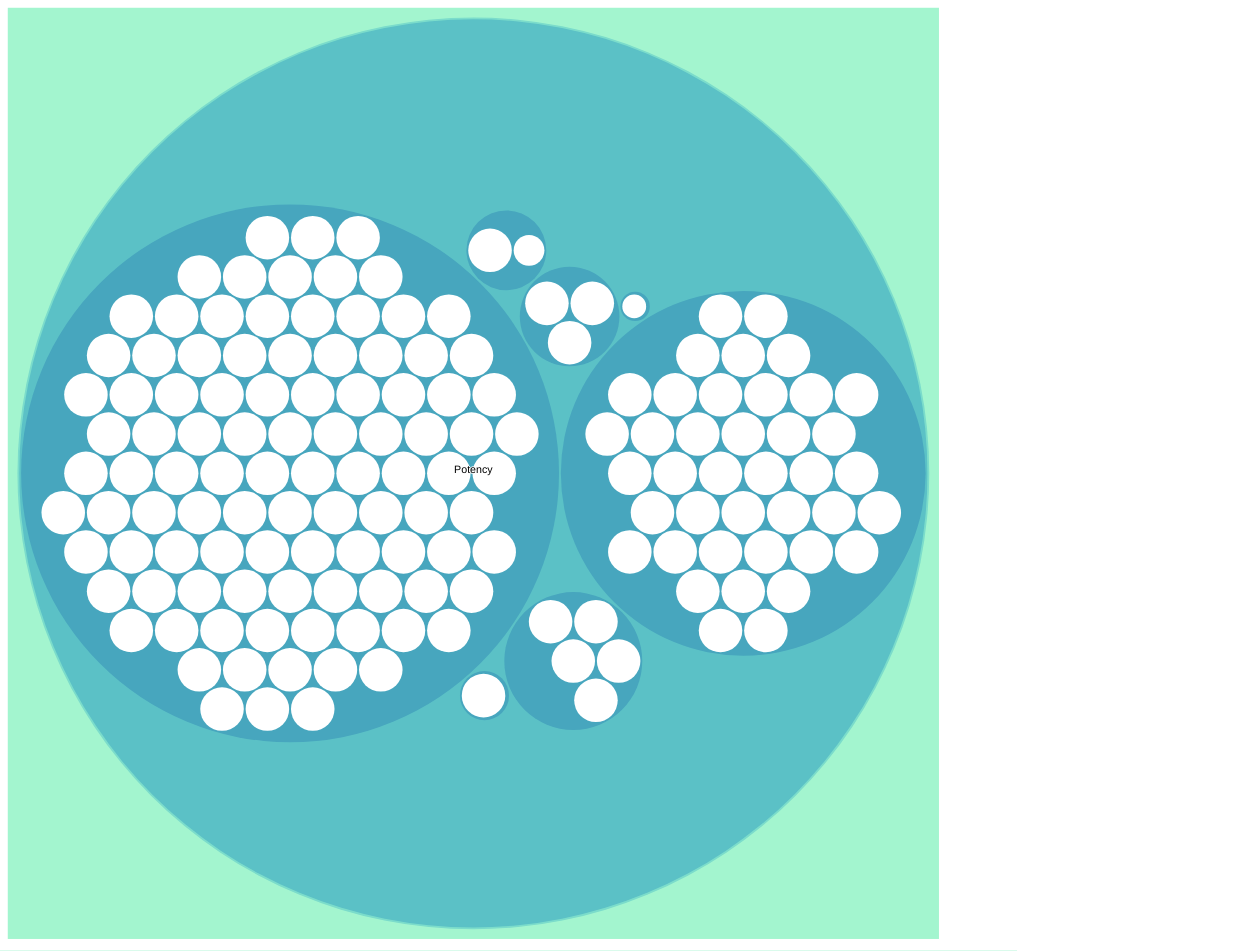
Repository: m0llyc00k/ms-2
Page: clusters/index.html
The author's editor kept a record of every edit. The page is drawn from the files as they stood at one moment, then again after the next edit.
The browser window is 1280 px wide. The pictures show the whole page, at 97% of full size.

Above is the page before.

### clusters/index.html
<!DOCTYPE html>
<meta charset="utf-8">
<style>

.node {
  cursor: pointer;
}

.node:hover {
  stroke: #000;
  stroke-width: 1.5px;
}

.node--leaf {
  fill: white;
}

.label {
  font: 11px "Helvetica Neue", Helvetica, Arial, sans-serif;
  text-anchor: middle;
  text-shadow: 0 1px 0 #fff, 1px 0 0 #fff, -1px 0 0 #fff, 0 -1px 0 #fff;
}

.label,
.node--root,
.node--leaf {
  pointer-events: none;
}

</style>
<svg width="960" height="960"></svg>
<script src="https://d3js.org/d3.v7.min.js"></script>
<script>

var svg = d3.select("svg"),
    margin = 20,
    diameter = +svg.attr("width"),
    g = svg.append("g").attr("transform", "translate(" + diameter / 2 + "," + diameter / 2 + ")");

var color = d3.scaleLinear()
    .domain([-1, 5])
    .range(["hsl(152,80%,80%)", "hsl(228,30%,40%)"])
    .interpolate(d3.interpolateHcl);

var pack = d3.pack()
    .size([diameter - margin, diameter - margin])
    .padding(2);


d3.json("morph.json").then(function(root) {


  root = d3.hierarchy(root)
      .sum(function(d) { return d.size; })
      .sort(function(a, b) { return b.value - a.value; });

  var focus = root,
      nodes = pack(root).descendants(),
      view;

  var circle = g.selectAll("circle")
    .data(nodes)
    .join("circle")
      .attr("class", function(d) { return d.parent ? d.children ? "node" : "node node--leaf" : "node node--root"; })
      .style("fill", function(d) { return d.children ? color(d.depth) : null; })
      .on("click", function(d) { if (focus !== d) zoom(d), event.stopPropagation(); }); //removed d3

  var text = g.selectAll("text")
    .data(nodes)
    .join("text")
      .attr("class", "label")
      .style("fill-opacity", function(d) { return d.parent === root ? 1 : 0; })
      .style("display", function(d) { return d.parent === root ? "inline" : "none"; })
      .text(function(d) { return d.data.name; });

  var node = g.selectAll("circle,text");

  svg
      .style("background", color(-1))
      .on("click", function() { zoom(root); });

  zoomTo([root.x, root.y, root.r * 2 + margin]);

  function zoom(d) {
    var focus0 = focus; focus = d;

//     var transition = d3.transition()
//         .duration(event.altKey ? 7500 : 750) //removed d3
//         .tween("zoom", function(d) {
//           var i = d3.interpolateZoom(view, [focus.x, focus.y, focus.r * 2 + margin]);
//           return function(t) { zoomTo(i(t)); };
//         });

//     transition.selectAll("text")
//       .filter(function(d) { return d.parent === focus || this.style.display === "inline"; })
//         .style("fill-opacity", function(d) { return d.parent === focus ? 1 : 0; })
//         .on("start", function(d) { if (d.parent === focus) this.style.display = "inline"; })
//         .on("end", function(d) { if (d.parent !== focus) this.style.display = "none"; });
  }

  function zoomTo(v) {
    var k = diameter / v[2]; view = v;
    node.attr("transform", function(d) { return "translate(" + (d.x - v[0]) * k + "," + (d.y - v[1]) * k + ")"; });
    circle.attr("r", function(d) { return d.r * k; });
  }
});

</script>

### clusters/morph.json
{
    "name": "MME",
    "children": [{
            "name": "Potency",
            "children": [{
                    "name": "Fentynal",
                    "children": [
                        { "size": 1 },
                        { "size": 1 },
                        { "size": 1 },
                        { "size": 1 },
                        { "size": 1 },
                        { "size": 1 },
                        { "size": 1 },
                        { "size": 1 },
                        { "size": 1 },
                        { "size": 1 },
                        { "size": 1 },
                        { "size": 1 },
                        { "size": 1 },
                        { "size": 1 },
                        { "size": 1 },
                        { "size": 1 },
                        { "size": 1 },
                        { "size": 1 },
                        { "size": 1 },
                        { "size": 1 },
                        { "size": 1 },
                        { "size": 1 },
                        { "size": 1 },
                        { "size": 1 },
                        { "size": 1 },
                        { "size": 1 },
                        { "size": 1 },
                        { "size": 1 },
                        { "size": 1 },
                        { "size": 1 },
                        { "size": 1 },
                        { "size": 1 },
                        { "size": 1 },
                        { "size": 1 },
                        { "size": 1 },
                        { "size": 1 },
                        { "size": 1 },
                        { "size": 1 },
                        { "size": 1 },
                        { "size": 1 },
                        { "size": 1 },
                        { "size": 1 },
                        { "size": 1 },
                        { "size": 1 },
                        { "size": 1 },
                        { "size": 1 },
                        { "size": 1 },
                        { "size": 1 },
                        { "size": 1 },
                        { "size": 1 },
                        { "size": 1 },
                        { "size": 1 },
                        { "size": 1 },
                        { "size": 1 },
                        { "size": 1 },
                        { "size": 1 },
                        { "size": 1 },
                        { "size": 1 },
                        { "size": 1 },
                        { "size": 1 },
                        { "size": 1 },
                        { "size": 1 },
                        { "size": 1 },
                        { "size": 1 },
                        { "size": 1 },
                        { "size": 1 },
                        { "size": 1 },
                        { "size": 1 },
                        { "size": 1 },
                        { "size": 1 },
                        { "size": 1 },
                        { "size": 1 },
                        { "size": 1 },
                        { "size": 1 },
                        { "size": 1 },
                        { "size": 1 },
                        { "size": 1 },
                        { "size": 1 },
                        { "size": 1 },
                        { "size": 1 },
                        { "size": 1 },
                        { "size": 1 },
                        { "size": 1 },
                        { "size": 1 },
                        { "size": 1 },
                        { "size": 1 },
                        { "size": 1 },
                        { "size": 1 },
                        { "size": 1 },
                        { "size": 1 },
                        { "size": 1 },
                        { "size": 1 },
                        { "size": 1 },
                        { "size": 1 },
                        { "size": 1 },
                        { "size": 1 },
                        { "size": 1 },
                        { "size": 1 },
                        { "size": 1 },
                        { "size": 1 }
                    ]
                },
                {
                    "name": "CODEINE",
                    "children": [
                        { "size": 0.3 },
                        { "size": 0 }

                    ]
                },
                {
                    "name": "HYDROCODONE",
                    "children": [
                        { "size": 1 },
                        { "size": 0 },
                        { "size": 0 },
                        { "size": 0 }

                    ]
                },
                {
                    "name": "OXYCODONE",
                    "children": [
                        { "size": 1 },
                        { "size": 0.5 }
                    ]
                },
                {
                    "name": "METHADONE",
                    "children": [
                        { "size": 1 },
                        { "size": 1 },
                        { "size": 1 }

                    ]
                },
                {
                    "name": "HEROIN",
                    "children": [
                        { "size": 1 },
                        { "size": 1 },
                        { "size": 1 },
                        { "size": 1 },
                        { "size": 1 }

                    ]
                },
                {
                    "name": "BUPRENORPHINE",
                    "children": [
                        { "size": 1 },
                        { "size": 1 },
                        { "size": 1 },
                        { "size": 1 },
                        { "size": 1 },
                        { "size": 1 },
                        { "size": 1 },
                        { "size": 1 },
                        { "size": 1 },
                        { "size": 1 },
                        { "size": 1 },
                        { "size": 1 },
                        { "size": 1 },
                        { "size": 1 },
                        { "size": 1 },
                        { "size": 1 },
                        { "size": 1 },
                        { "size": 1 },
                        { "size": 1 },
                        { "size": 1 },
                        { "size": 1 },
                        { "size": 1 },
                        { "size": 1 },
                        { "size": 1 },
                        { "size": 1 },
                        { "size": 1 },
                        { "size": 1 },
                        { "size": 1 },
                        { "size": 1 },
                        { "size": 1 },
                        { "size": 1 },
                        { "size": 1 },
                        { "size": 1 },
                        { "size": 1 },
                        { "size": 1 },
                        { "size": 1 },
                        { "size": 1 },
                        { "size": 1 },
                        { "size": 1 },
                        { "size": 1 }

                    ]
                }
            ]
        }

    ]
}

After the next edit:
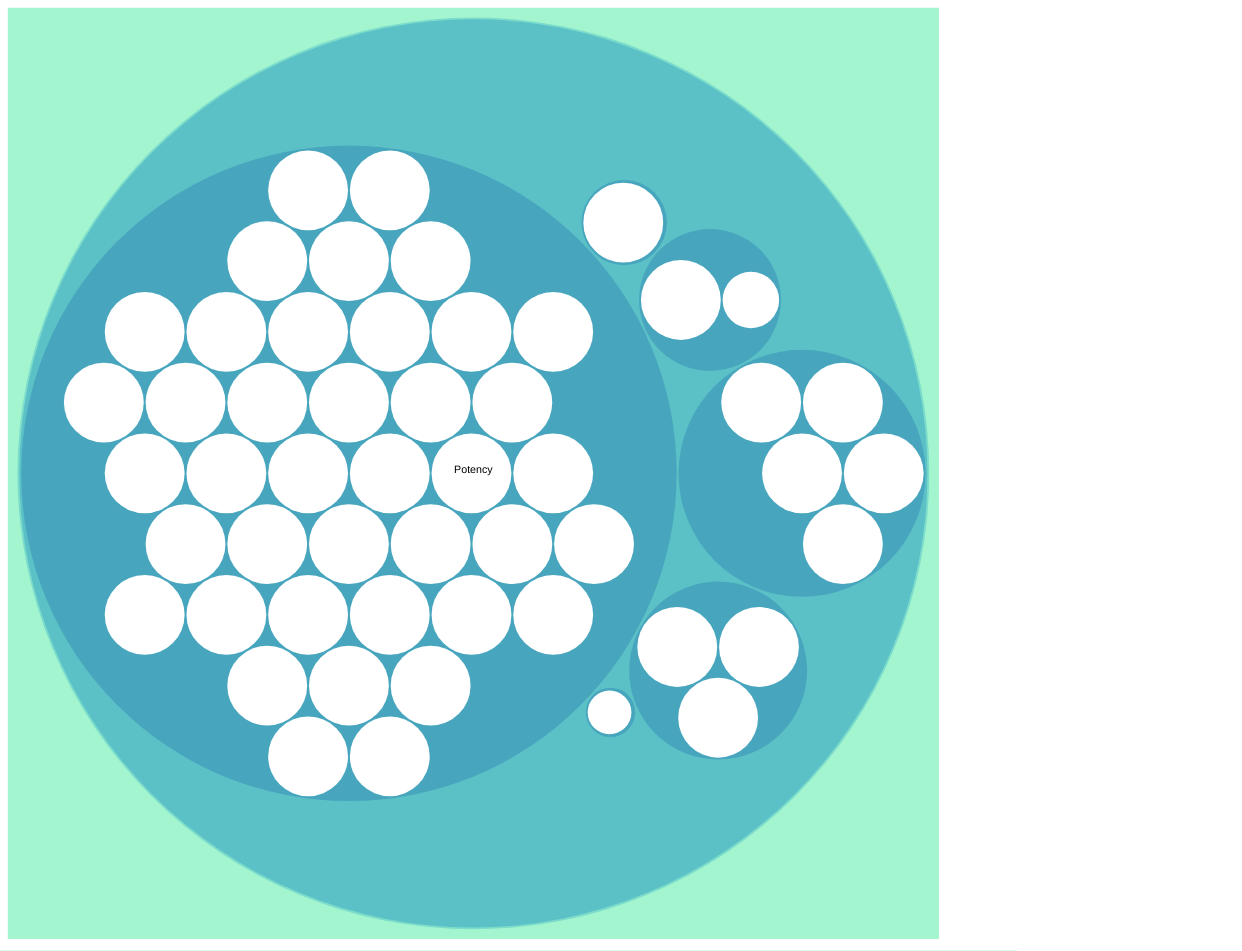
The edit:
--- a/clusters/morph.json
+++ b/clusters/morph.json
@@ -3,111 +3,8 @@
     "children": [{
             "name": "Potency",
             "children": [{
-                    "name": "Fentynal",
-                    "children": [
-                        { "size": 1 },
-                        { "size": 1 },
-                        { "size": 1 },
-                        { "size": 1 },
-                        { "size": 1 },
-                        { "size": 1 },
-                        { "size": 1 },
-                        { "size": 1 },
-                        { "size": 1 },
-                        { "size": 1 },
-                        { "size": 1 },
-                        { "size": 1 },
-                        { "size": 1 },
-                        { "size": 1 },
-                        { "size": 1 },
-                        { "size": 1 },
-                        { "size": 1 },
-                        { "size": 1 },
-                        { "size": 1 },
-                        { "size": 1 },
-                        { "size": 1 },
-                        { "size": 1 },
-                        { "size": 1 },
-                        { "size": 1 },
-                        { "size": 1 },
-                        { "size": 1 },
-                        { "size": 1 },
-                        { "size": 1 },
-                        { "size": 1 },
-                        { "size": 1 },
-                        { "size": 1 },
-                        { "size": 1 },
-                        { "size": 1 },
-                        { "size": 1 },
-                        { "size": 1 },
-                        { "size": 1 },
-                        { "size": 1 },
-                        { "size": 1 },
-                        { "size": 1 },
-                        { "size": 1 },
-                        { "size": 1 },
-                        { "size": 1 },
-                        { "size": 1 },
-                        { "size": 1 },
-                        { "size": 1 },
-                        { "size": 1 },
-                        { "size": 1 },
-                        { "size": 1 },
-                        { "size": 1 },
-                        { "size": 1 },
-                        { "size": 1 },
-                        { "size": 1 },
-                        { "size": 1 },
-                        { "size": 1 },
-                        { "size": 1 },
-                        { "size": 1 },
-                        { "size": 1 },
-                        { "size": 1 },
-                        { "size": 1 },
-                        { "size": 1 },
-                        { "size": 1 },
-                        { "size": 1 },
-                        { "size": 1 },
-                        { "size": 1 },
-                        { "size": 1 },
-                        { "size": 1 },
-                        { "size": 1 },
-                        { "size": 1 },
-                        { "size": 1 },
-                        { "size": 1 },
-                        { "size": 1 },
-                        { "size": 1 },
-                        { "size": 1 },
-                        { "size": 1 },
-                        { "size": 1 },
-                        { "size": 1 },
-                        { "size": 1 },
-                        { "size": 1 },
-                        { "size": 1 },
-                        { "size": 1 },
-                        { "size": 1 },
-                        { "size": 1 },
-                        { "size": 1 },
-                        { "size": 1 },
-                        { "size": 1 },
-                        { "size": 1 },
-                        { "size": 1 },
-                        { "size": 1 },
-                        { "size": 1 },
-                        { "size": 1 },
-                        { "size": 1 },
-                        { "size": 1 },
-                        { "size": 1 },
-                        { "size": 1 },
-                        { "size": 1 },
-                        { "size": 1 },
-                        { "size": 1 },
-                        { "size": 1 },
-                        { "size": 1 },
-                        { "size": 1 }
-                    ]
-                },
-                {
+
+
                     "name": "CODEINE",
                     "children": [
                         { "size": 0.3 },

After the edit that followed:
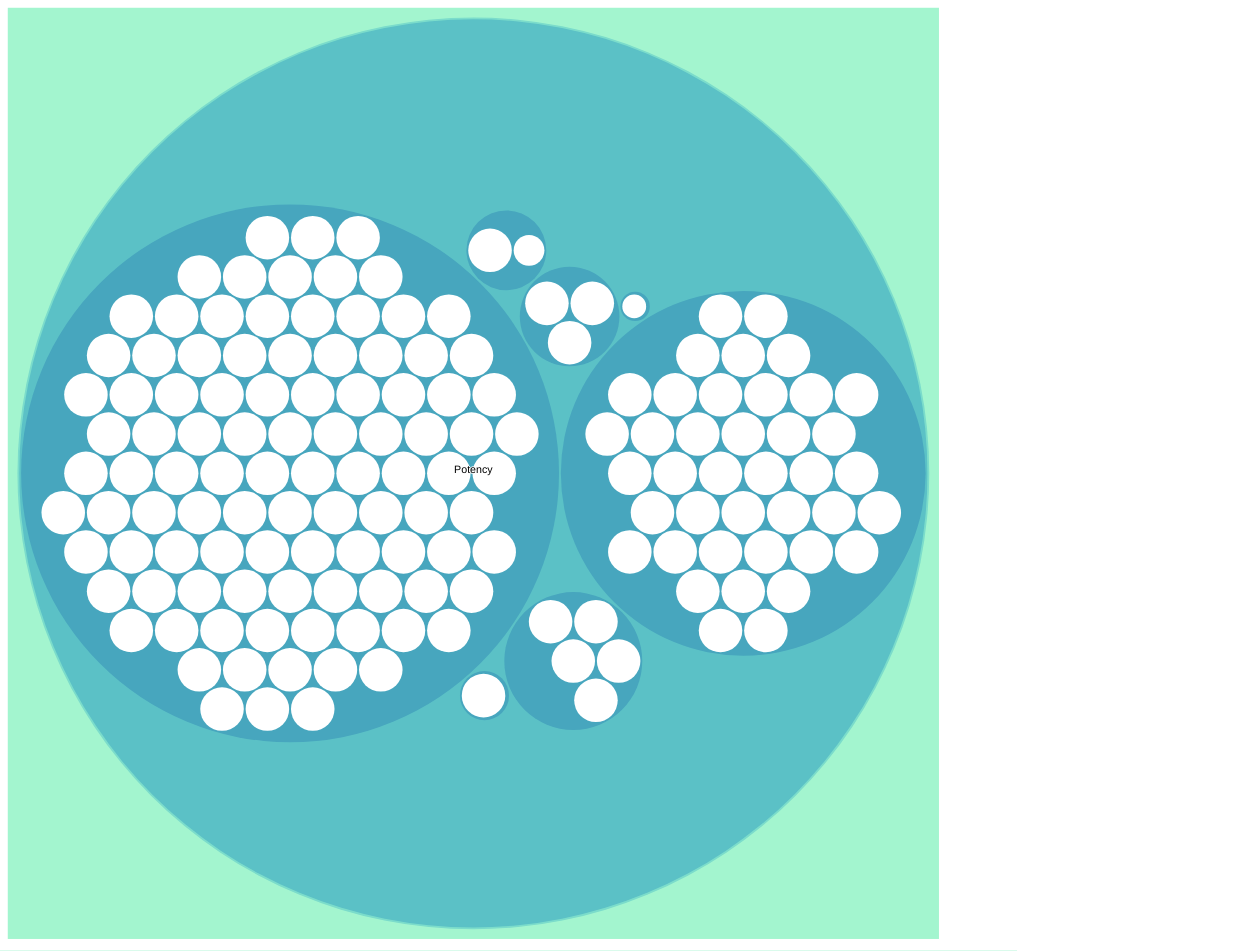
The edit:
--- a/clusters/morph.json
+++ b/clusters/morph.json
@@ -94,6 +94,111 @@
                         { "size": 1 }
 
                     ]
+                },
+                {
+                    "name": "Fentynal",
+                    "children": [
+                        { "size": 1 },
+                        { "size": 1 },
+                        { "size": 1 },
+                        { "size": 1 },
+                        { "size": 1 },
+                        { "size": 1 },
+                        { "size": 1 },
+                        { "size": 1 },
+                        { "size": 1 },
+                        { "size": 1 },
+                        { "size": 1 },
+                        { "size": 1 },
+                        { "size": 1 },
+                        { "size": 1 },
+                        { "size": 1 },
+                        { "size": 1 },
+                        { "size": 1 },
+                        { "size": 1 },
+                        { "size": 1 },
+                        { "size": 1 },
+                        { "size": 1 },
+                        { "size": 1 },
+                        { "size": 1 },
+                        { "size": 1 },
+                        { "size": 1 },
+                        { "size": 1 },
+                        { "size": 1 },
+                        { "size": 1 },
+                        { "size": 1 },
+                        { "size": 1 },
+                        { "size": 1 },
+                        { "size": 1 },
+                        { "size": 1 },
+                        { "size": 1 },
+                        { "size": 1 },
+                        { "size": 1 },
+                        { "size": 1 },
+                        { "size": 1 },
+                        { "size": 1 },
+                        { "size": 1 },
+                        { "size": 1 },
+                        { "size": 1 },
+                        { "size": 1 },
+                        { "size": 1 },
+                        { "size": 1 },
+                        { "size": 1 },
+                        { "size": 1 },
+                        { "size": 1 },
+                        { "size": 1 },
+                        { "size": 1 },
+                        { "size": 1 },
+                        { "size": 1 },
+                        { "size": 1 },
+                        { "size": 1 },
+                        { "size": 1 },
+                        { "size": 1 },
+                        { "size": 1 },
+                        { "size": 1 },
+                        { "size": 1 },
+                        { "size": 1 },
+                        { "size": 1 },
+                        { "size": 1 },
+                        { "size": 1 },
+                        { "size": 1 },
+                        { "size": 1 },
+                        { "size": 1 },
+                        { "size": 1 },
+                        { "size": 1 },
+                        { "size": 1 },
+                        { "size": 1 },
+                        { "size": 1 },
+                        { "size": 1 },
+                        { "size": 1 },
+                        { "size": 1 },
+                        { "size": 1 },
+                        { "size": 1 },
+                        { "size": 1 },
+                        { "size": 1 },
+                        { "size": 1 },
+                        { "size": 1 },
+                        { "size": 1 },
+                        { "size": 1 },
+                        { "size": 1 },
+                        { "size": 1 },
+                        { "size": 1 },
+                        { "size": 1 },
+                        { "size": 1 },
+                        { "size": 1 },
+                        { "size": 1 },
+                        { "size": 1 },
+                        { "size": 1 },
+                        { "size": 1 },
+                        { "size": 1 },
+                        { "size": 1 },
+                        { "size": 1 },
+                        { "size": 1 },
+                        { "size": 1 },
+                        { "size": 1 },
+                        { "size": 1 },
+                        { "size": 1 }
+                    ]
                 }
             ]
         }
